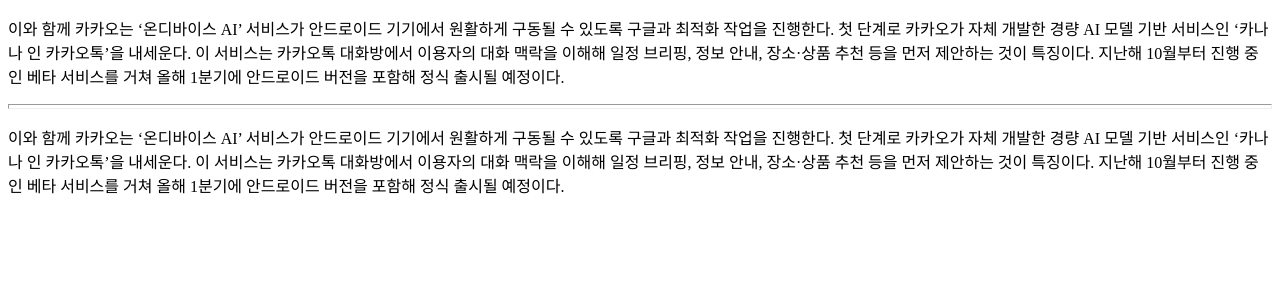
Repository: HongTaeHun337/HTML-CSS-JavaScript-
Page: html/HtmlTest/src/main/webapp/ex08_hr.html
An editor plug-in stored every save of this project. The page is shown before and after the next save, followed by the edit.
The browser window is 1280 px wide. The pictures show the whole page.

Above is the page before, as saved 2026-02-13 00:35:50.

### html/HtmlTest/src/main/webapp/ex08_hr.html
<!DOCTYPE html>
<html>
<head>
<meta charset="UTF-8">
<title>Insert title here</title>
</head>
<body>
	<!-- ex08_hr.html -->
	<!--

		<hr> 태그
		- Horizontal Rule, 수평바
		- 문단과 문단을 구분하는 역할
		- 콘텐츠와 콘텐츠를 구분하는 역할
		- 단독태그

		hr 속성

		1. size: 선의 두께


		HTML 속성값의 형태(***)
		1. 숫자형
			- 단위 없음: 픽셀
			- 단위 없음: 글꼴 크기
			- 단위 없음: 글자 개수

	 -->

	 <p>이와 함께 카카오는 ‘온디바이스 AI’ 서비스가 안드로이드 기기에서 원활하게 구동될 수 있도록 구글과 최적화 작업을 진행한다.
	 첫 단계로 카카오가 자체 개발한 경량 AI 모델 기반 서비스인 ‘카나나 인 카카오톡’을 내세운다. 이 서비스는 카카오톡 대화방에서
	 이용자의 대화 맥락을 이해해 일정 브리핑, 정보 안내, 장소·상품 추천 등을 먼저 제안하는 것이 특징이다.
	 지난해 10월부터 진행 중인 베타 서비스를 거쳐 올해 1분기에 안드로이드 버전을 포함해 정식 출시될 예정이다.</p>

	 <hr size = "5">

	 <p>이와 함께 카카오는 ‘온디바이스 AI’ 서비스가 안드로이드 기기에서 원활하게 구동될 수 있도록 구글과 최적화 작업을 진행한다.
	 첫 단계로 카카오가 자체 개발한 경량 AI 모델 기반 서비스인 ‘카나나 인 카카오톡’을 내세운다. 이 서비스는 카카오톡 대화방에서
	 이용자의 대화 맥락을 이해해 일정 브리핑, 정보 안내, 장소·상품 추천 등을 먼저 제안하는 것이 특징이다.
	 지난해 10월부터 진행 중인 베타 서비스를 거쳐 올해 1분기에 안드로이드 버전을 포함해 정식 출시될 예정이다.</p>


</body>
</html>

After the next save:
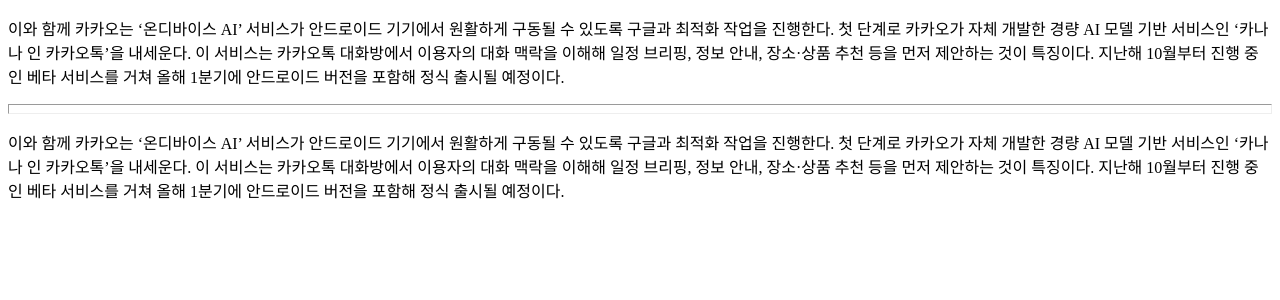
Saved 6 s later.
--- a/html/HtmlTest/src/main/webapp/ex08_hr.html
+++ b/html/HtmlTest/src/main/webapp/ex08_hr.html
@@ -32,7 +32,7 @@
 	 이용자의 대화 맥락을 이해해 일정 브리핑, 정보 안내, 장소·상품 추천 등을 먼저 제안하는 것이 특징이다.
 	 지난해 10월부터 진행 중인 베타 서비스를 거쳐 올해 1분기에 안드로이드 버전을 포함해 정식 출시될 예정이다.</p>
 
-	 <hr size = "5">
+	 <hr size = "10">
 
 	 <p>이와 함께 카카오는 ‘온디바이스 AI’ 서비스가 안드로이드 기기에서 원활하게 구동될 수 있도록 구글과 최적화 작업을 진행한다.
 	 첫 단계로 카카오가 자체 개발한 경량 AI 모델 기반 서비스인 ‘카나나 인 카카오톡’을 내세운다. 이 서비스는 카카오톡 대화방에서
